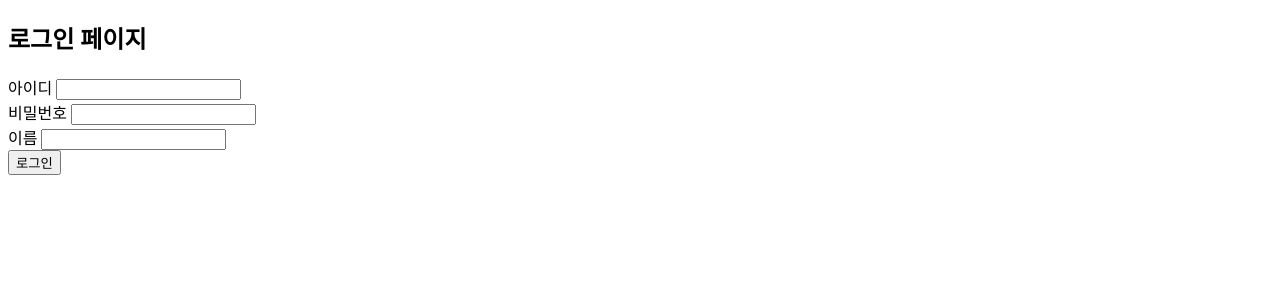
Repository: j-hee-98/Servlet-JSP
Page: http://localhost/WS_0415/login/LoginForm.jsp
These files come from the project's save history. The page is drawn as it stood at one moment and after the next save; the edit follows.
The browser window is 1280 px wide. The pictures show the whole page.
The page is served by Tomcat 10. Other server files are loaded and not shown.

Above is the page before, as saved 2025-04-17 07:30:29.

### WS_0415/src/main/webapp/login/LoginForm.jsp
<%@ page language="java" contentType="text/html; charset=UTF-8"
    pageEncoding="UTF-8"%>
<!DOCTYPE html>
<html>
<head>
<meta charset="UTF-8">
<title>Insert title here</title>
</head>
<body>
<%
	//  쿠키에 저장된 아이디 있다면 id의 value에 기억된 id 넣기
	String saveId = "";
	Cookie cookies [] = request.getCookies();

	if (cookies != null) {
		for (Cookie co : cookies) {
			String name = co.getName();
			if (name.equals("saveId")) {
				saveId = co.getValue();
				break;
			}
		}
	}
%>
<h2>로그인 페이지</h2>
	<form action="<%=application.getContextPath() %>/login"  method="post">
		<label for="text">아이디</label>
		<input type="text"  name="id"  value="<%=saveId%>"> <br>

		<label for="password">비밀번호</label>
		<input type="password"  name="pwd"> <br>

		<label for="name">이름</label>
		<input type="text"  name="name"><br>
		<button type="submit">로그인</button>
	</form>
</body>
</html>

After the next save:
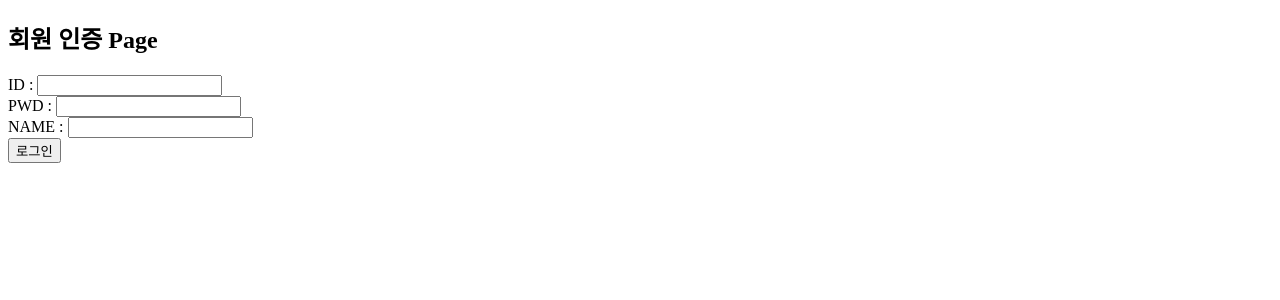
Saved 42 s later.
--- a/WS_0415/src/main/webapp/login/LoginForm.jsp
+++ b/WS_0415/src/main/webapp/login/LoginForm.jsp
@@ -3,36 +3,36 @@
 <!DOCTYPE html>
 <html>
 <head>
-<meta charset="UTF-8">
+<meta http-equiv="Content-Type" content="text/html; charset=UTF-8">
 <title>Insert title here</title>
 </head>
 <body>
 <%
-	//  쿠키에 저장된 아이디 있다면 id의 value에 기억된 id 넣기
-	String saveId = "";
-	Cookie cookies [] = request.getCookies();
+    //쿠키에 저장된 아이디 있다면 id의 value에 기억된 id 놓기
+    String savedId="";
+     Cookie cookies []  = request.getCookies();
+      if(cookies!=null){
+    	  for(Cookie co : cookies){
+          	String name = co.getName();
+          	if(name.equals("savedId")){ //new Cookie("savedId" , 값)
+          		savedId = co.getValue();
+          	    break;
+          	}
 
-	if (cookies != null) {
-		for (Cookie co : cookies) {
-			String name = co.getName();
-			if (name.equals("saveId")) {
-				saveId = co.getValue();
-				break;
-			}
-		}
-	}
+
+          }
+      }
+
 %>
-<h2>로그인 페이지</h2>
-	<form action="<%=application.getContextPath() %>/login"  method="post">
-		<label for="text">아이디</label>
-		<input type="text"  name="id"  value="<%=saveId%>"> <br>
+<h2>회원 인증 Page</h2>
 
-		<label for="password">비밀번호</label>
-		<input type="password"  name="pwd"> <br>
+<form method="post" action="">
+  ID : <input type="text" name="userId"  value="<%=savedId%>"/><br/>
+  PWD : <input type="password" name="userPwd" /></br/>
+  NAME : <input type="text" name="userName" /></br/>
 
-		<label for="name">이름</label>
-		<input type="text"  name="name"><br>
-		<button type="submit">로그인</button>
-	</form>
+  <input type="submit" value="로그인" />
+</form>
+
 </body>
 </html>
